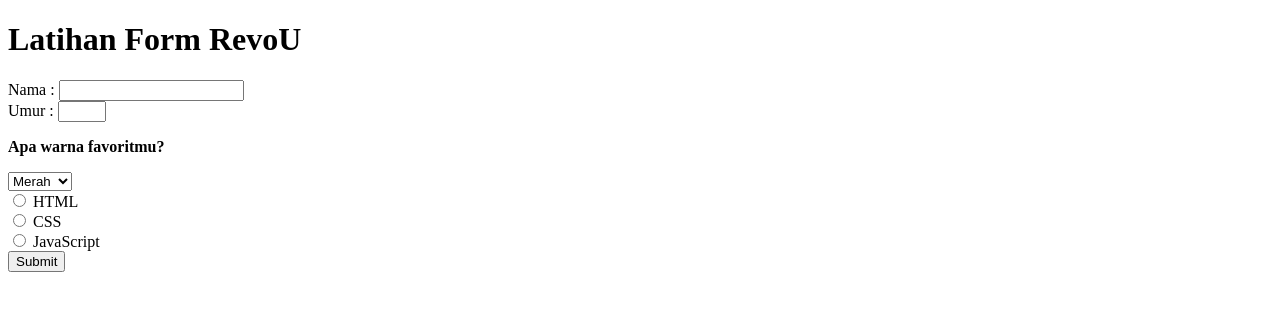
Repository: esramrsln/day2_RevoU
Page: form.html
The author's editor kept a copy of each file at every save. The page is drawn from the files as they stood at one save, then again after a run of saves.
The browser window is 1280 px wide. The pictures show the whole page.

Above is the page before, as saved 2024-07-23 21:40:23.

### form.html
<!DOCTYPE html>
<html>
<head>
    <meta charset="UTF-8" />
    <title>Membuat Form sederhana</title>
</head>
<body>
    <h1>Latihan Form RevoU</h1>
    <form action="https://search.yahoo.com/search?d=%7b%22dn%22%3a%22yk%22%2c%22subdn%22%3a%22company%22%2c%22ykid%22%3a%225929ee1f-b3d5-4187-90c2-a7bf3ccba9d0%22%7d&fr2=p%3ads%2cv%3aomn%2cm%3asa%2cbrws%3achrome%2cpos%3a1&fr=mcafee&type=E211US714G0&p=Google" method="post">
        <label for="name">Nama :</label>
        <input id="name" type="text"/>
        <br>
        <label for="umur">Umur :</label>
        <input id="umur" type="number" min="1" max="9">
        <p><b> Apa warna favoritmu?</b></p>
        <select name="" id="">
            <option value="">Merah</option>
            <option value="">Kuning</option>
            <option value="">Hijau</option>
        </select>

        <br>
        <input type="radio" name="fav_language" id="html" value="HTML">
        <label for="html">HTML</label><br>

        <input type="radio" name="fav_language" id="css" value="CSS">
        <label for="html">CSS</label><br>

        <input type="radio" name="fav_language" id="javascript" value="JavaScript">
        <label for="html">JavaScript</label><br>

        <input type="Submit" value="Submit">

    </form>



</body>
</html>

After the next 2 saves:
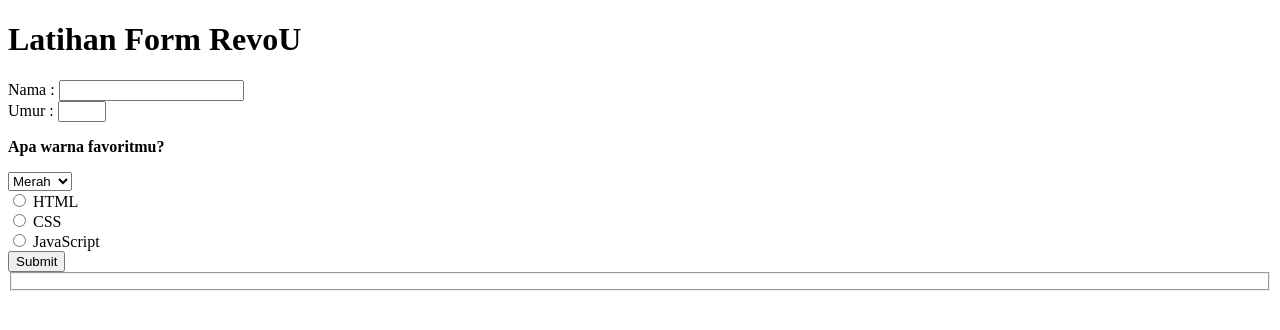
The 2 saves are shown as one change because they came seconds apart.
The last was saved 10 s later.
--- a/form.html
+++ b/form.html
@@ -34,6 +34,6 @@
     </form>
 
 
-
+    <fieldset></fieldset>
 </body>
 </html>
